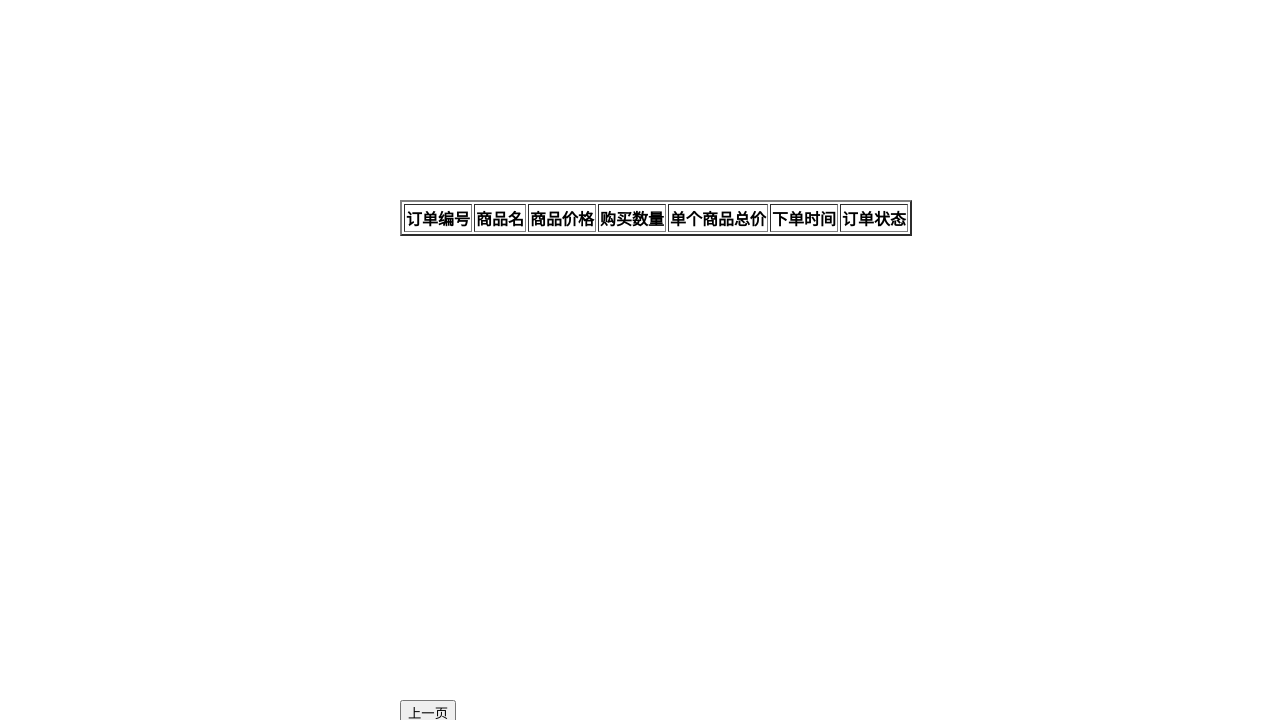
Repository: Gale-student/Gale-student.github.io
Page: http://localhost/weshop/OrdersDetailQueryAllServlet
An editor plug-in stored every save of this project. The page is shown before and after the next save, followed by the edit.
The browser window is 1280 px wide. The pictures show the whole page.
The page is served by Tomcat 9. Queries for data that is not in the repository find no rows.

Above is the page before, as saved 2022-10-04 08:59:47.

After the next save:
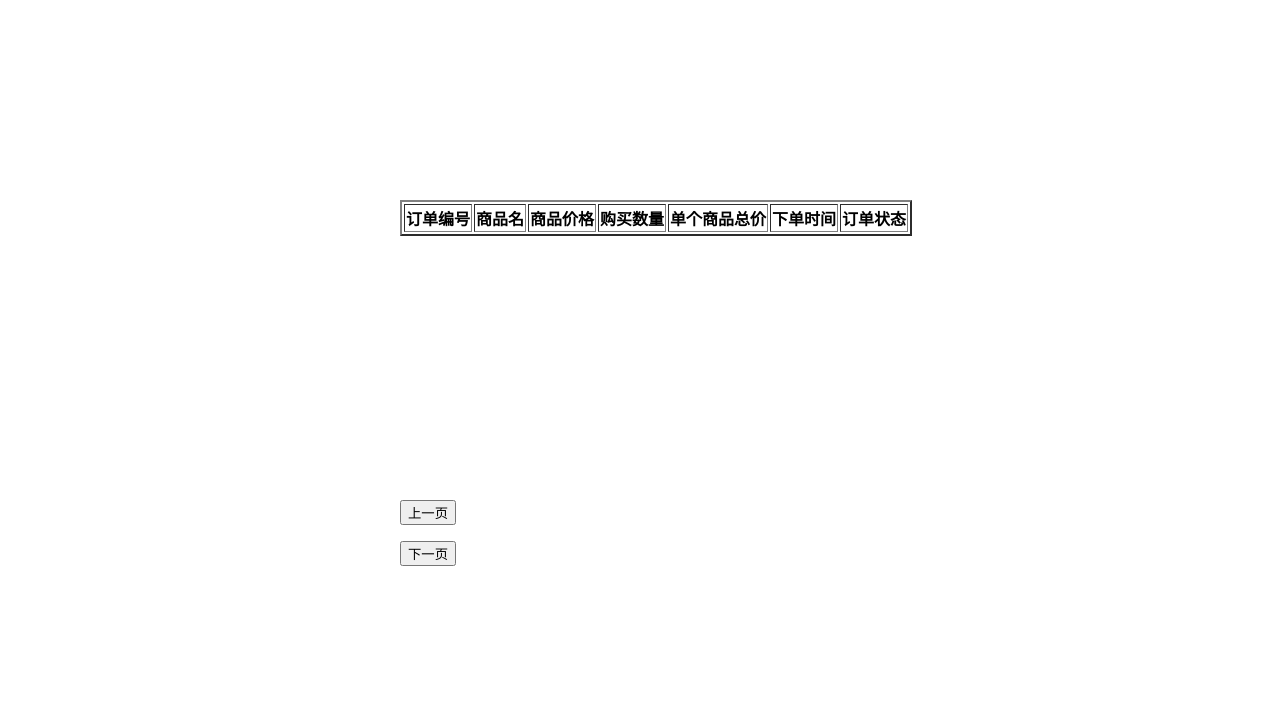
Saved 9 s later.
--- a/WeShop/weshop/WebRoot/WEB-INF/jsp/OrdersQueryOfUser.jsp
+++ b/WeShop/weshop/WebRoot/WEB-INF/jsp/OrdersQueryOfUser.jsp
@@ -48,7 +48,7 @@ String basePath = request.getScheme()+"://"+request.getServerName()+":"+request.
        </tr>
        <%} %>
     </table>
-    <div style="position: absolute; left: 400px; top: 700px;">
+    <div style="position: absolute; left: 400px; top: 500px;">
     <form action="" method="post">
        <input type="submit" value="上一页">
     </form>
